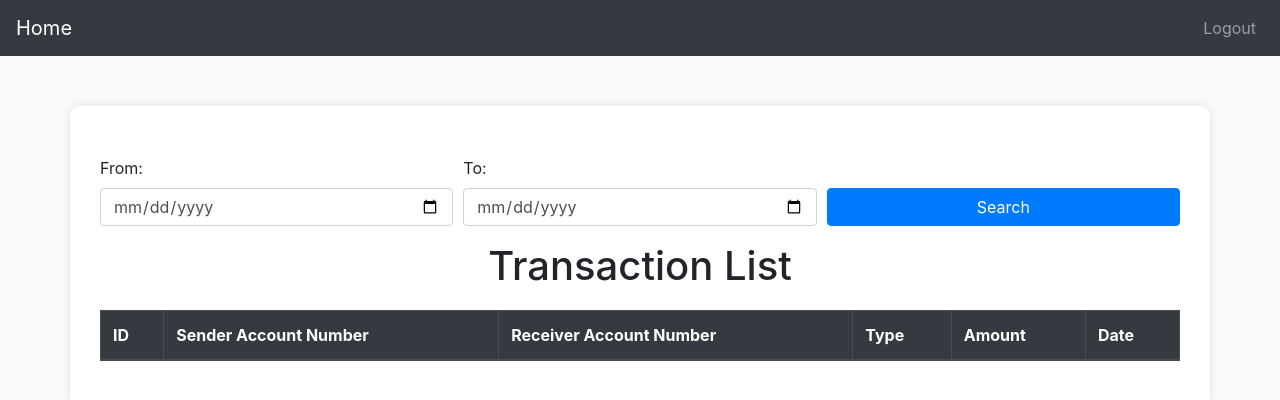
Repository: bhatideepak599/JspServlets
Page: http://localhost/11-bank-application/transactionFile.jsp
These files come from the project's save history. The page is drawn as it stood at one moment and after the next save; the edit follows.
The browser window is 1280 px wide. The pictures show the whole page.
The page is served by Tomcat 9. The template is opened directly, without the code that normally fills it, so the values that code supplies are empty.

Above is the page before, as saved 2024-07-22 12:07:00.

After the next save:
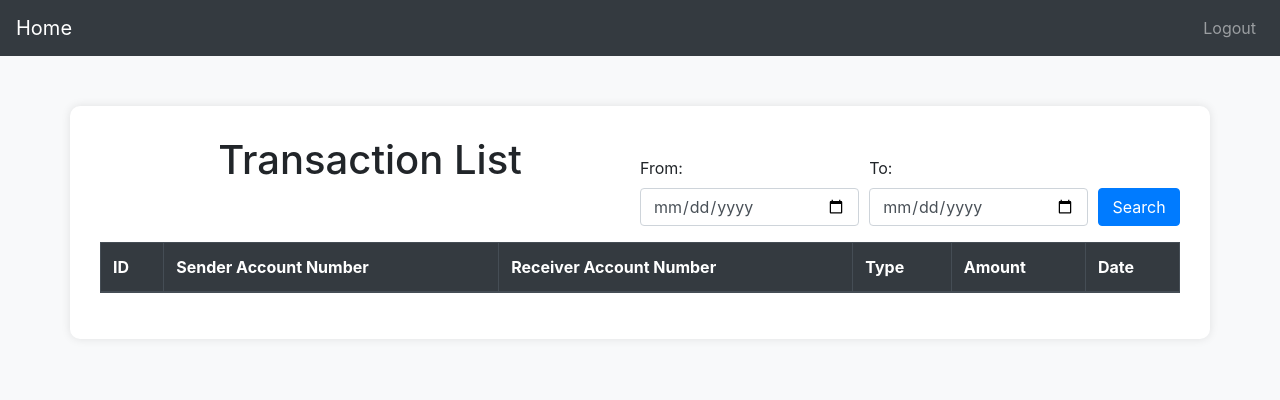
Saved 4 min 18 s later.
--- a/11-bank-application/WebContent/transactionFile.jsp
+++ b/11-bank-application/WebContent/transactionFile.jsp
@@ -50,17 +50,17 @@ h1 {
 	</nav>
 
 	<div class="container">
-		<form action="searchTransactions" method="post" class="search-bar">
+		<form action="searchTransactions" method="post" class="search-bar float-right" style="width: 50%;">
 			<div class="form-row">
-				<div class="col-md-4 mb-3">
+				<div class="col-md-5 mb-3">
 					<label for="startDate">From:</label>
 					<input type="date" class="form-control" id="startDate" name="startDate" required>
 				</div>
-				<div class="col-md-4 mb-3">
+				<div class="col-md-5 mb-3">
 					<label for="endDate">To:</label>
 					<input type="date" class="form-control" id="endDate" name="endDate" required>
 				</div>
-				<div class="col-md-4 mb-3 d-flex align-items-end">
+				<div class="col-md-2 mb-3 d-flex align-items-end">
 					<input type="submit" class="btn btn-primary w-100" value="Search">
 				</div>
 			</div>
